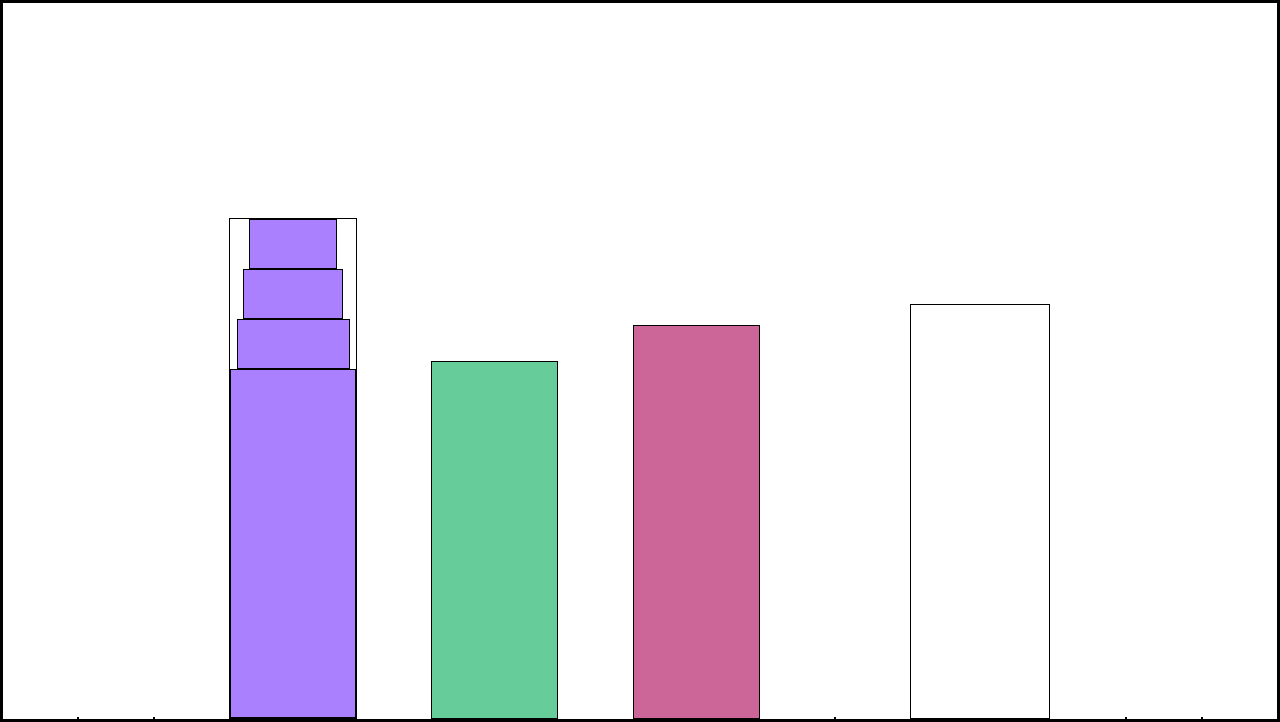
Repository: Lungdjos/city_skyline
Page: index.html
An editor plug-in stored every save of this project. The page is shown before and after the next save, followed by the edit.
The browser window is 1280 px wide. The pictures show the whole page.

Above is the page before, as saved 2023-12-11 10:57:11.

### index.html
<!DOCTYPE html>
<html lang="en">

<head>
    <meta charset="UTF-8">
    <meta name="viewport" content="width=device-width, initial-scale=1.0">
    <title>City Skyline</title>
    <link href="styles.css" rel="stylesheet" />
</head>

<body>
    <div class="background-buildings">
        <div></div>
        <div></div>
        <div class="bb1">
            <div class="bb1a"></div>
            <div class="bb1b"></div>
            <div class="bb1c"></div>
            <div class="bb1d"></div>
        </div>
        <div class="bb2"></div>
        <div class="bb3"></div>
        <div></div>
        <div class="bb4"></div>
        <div></div>
        <div></div>
    </div>
</body>

</html>

### styles.css
:root {
    --building-color1: #aa80ff;
    --building-color2: #66cc99;
    --building-color3: #cc6699;
    --building-color4: #53
}

* {
    border: 1px solid black;
    box-sizing: border-box;
}

body {
    height: 100vh;
    margin: 0;
    overflow: hidden;
}

.background-buildings {
    width: 100%;
    height: 100%;
    display: flex;
    justify-content: space-evenly;
    align-items: flex-end;
}

.bb1 {
    width: 10%;
    height: 70%;
    display: flex;
    flex-direction: column;
    align-items: center;
}

.bb1a {
    width: 70%;
    height: 10%;
    background-color: var(--building-color1);
}

.bb1b {
    width: 80%;
    height: 10%;
    background-color: var(--building-color1);
}

.bb1c {
    width: 90%;
    height: 10%;
    background-color: var(--building-color1);
}

.bb1d {
    width: 100%;
    height: 70%;
    background-color: var(--building-color1);
}

.bb2 {
    height: 50%;
    width: 10%;
    background-color: var(--building-color2);
}

.bb3 {
    width: 10%;
    height: 55%;
    background-color: var(--building-color3);
}

.bb4 {
    height: 58%;
    width: 11%;
    background-color: var(--building-color4);
}

After the next save:
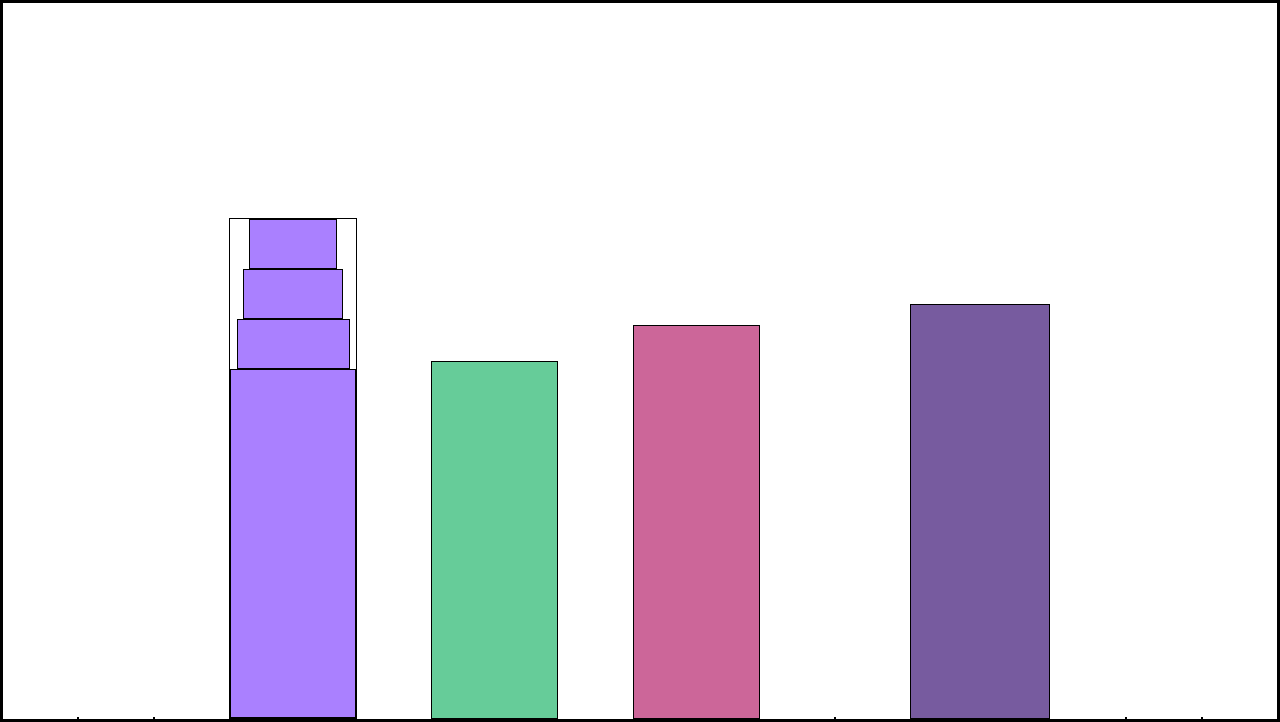
Saved 4 s later.
--- a/styles.css
+++ b/styles.css
@@ -2,7 +2,7 @@
     --building-color1: #aa80ff;
     --building-color2: #66cc99;
     --building-color3: #cc6699;
-    --building-color4: #53
+    --building-color4: #538c
 }
 
 * {
